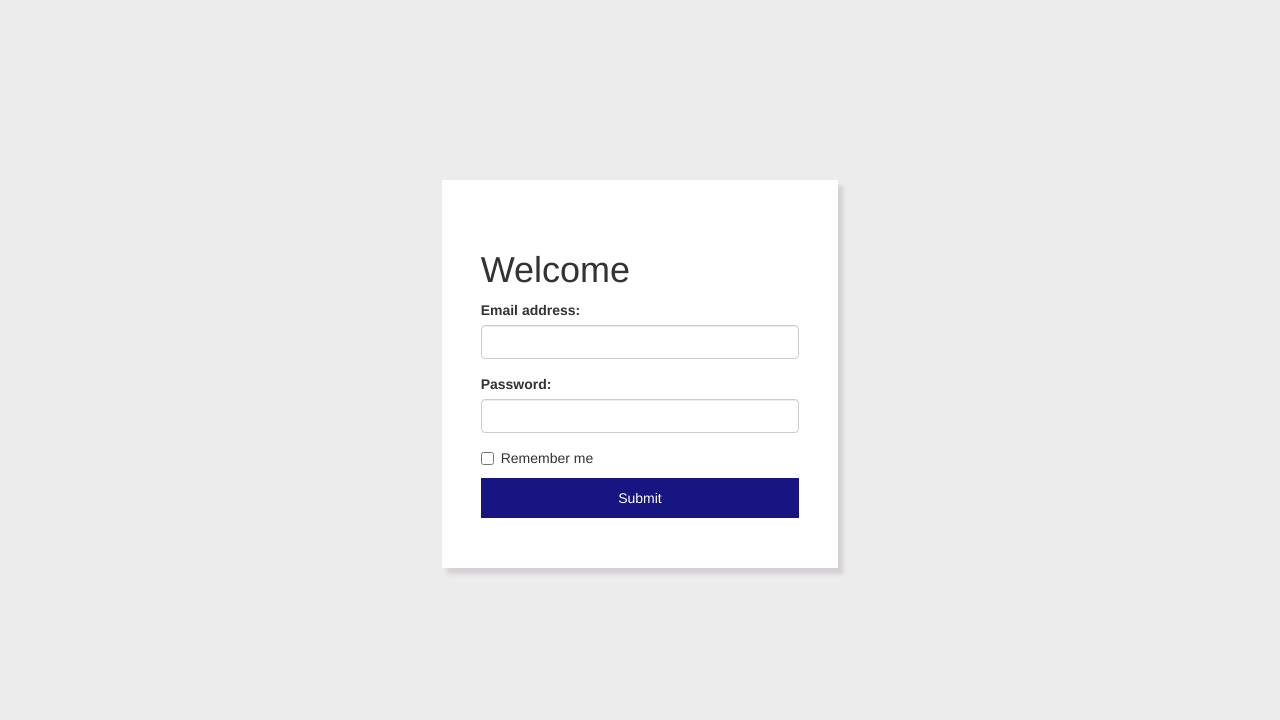
Repository: princexavier/agil
Page: http://localhost/Agile/index.jsp
An editor plug-in stored every save of this project. The page is shown before and after the next save, followed by the edit.
The browser window is 1280 px wide. The pictures show the whole page.
Some web libraries are served in a nearby version. The page is served by Tomcat 9. Other server files are loaded and not shown.

Above is the page before, as saved 2018-01-19 04:29:49.

### workspace/Agile/WebContent/index.jsp
<%@ page language="java" contentType="text/html; charset=ISO-8859-1"
    pageEncoding="ISO-8859-1"%>
<!DOCTYPE html>
<html lang="en">

<head>
    <meta charset="UTF-8">
    <title>Login</title>
    <link rel="stylesheet" href="https://maxcdn.bootstrapcdn.com/bootstrap/3.3.7/css/bootstrap.min.css">
    <!-- jQuery library -->
    <script src="https://ajax.googleapis.com/ajax/libs/jquery/3.2.1/jquery.min.js"></script>
    <!-- Latest compiled JavaScript -->
    <script src="https://maxcdn.bootstrapcdn.com/bootstrap/3.3.7/js/bootstrap.min.js"></script>
</head>

<body>
    <div class="container" style="height: 100vh;width:100vw;background: #ececec;">
        <div class="row">
            <div class="col-md-4"></div>
            <div class="col-md-4">
                <form action="project.html" style="padding: 50px 39px;box-shadow: 5px 6px 4px #d4cfd4f7;background:#fff;margin-top: 180px;">
                    <h1>Welcome</h1>
                    <div class="form-group">
                        <label for="email">Email address:</label>
                        <input type="email" class="form-control" id="email">
                    </div>
                    <div class="form-group">
                        <label for="pwd">Password:</label>
                        <input type="password" class="form-control" id="pwd">
                    </div>
                    <div class="checkbox">
                        <label>
                            <input type="checkbox"> Remember me</label>
                    </div>
                    <input type="submit" style="padding: 10px 0px;border:none; width: 100%;background: #161582;color: #fff;">
                </form>
            </div>
            <div class="col-md-4"></div>
        </div>
    </div>
</body>

</html>

After the next save:
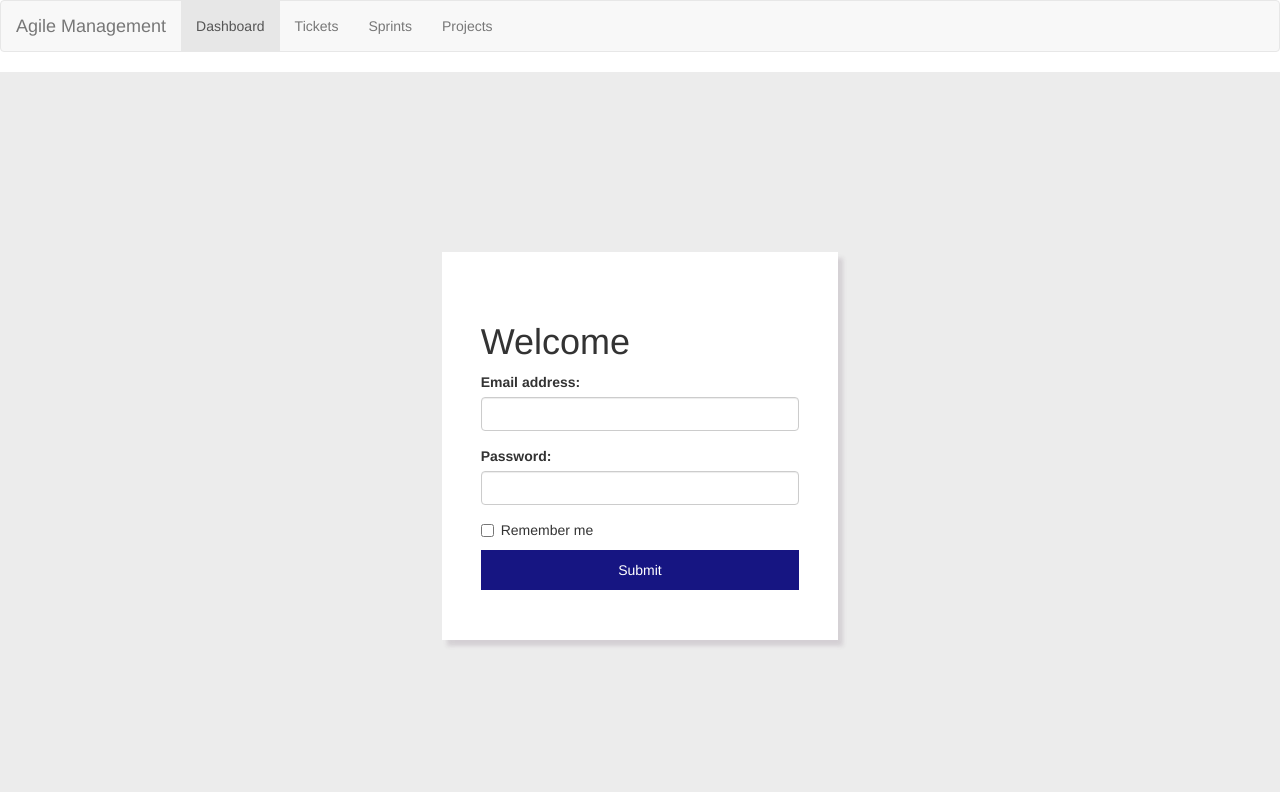
Saved 29 s later.
--- a/workspace/Agile/WebContent/index.jsp
+++ b/workspace/Agile/WebContent/index.jsp
@@ -14,6 +14,21 @@
 </head>
 
 <body>
+ <header>
+        <nav class="navbar navbar-default">
+            <div class="container-fluid">
+                <div class="navbar-header">
+                    <a class="navbar-brand" href="#">Agile Management</a>
+                </div>
+                <ul class="nav navbar-nav">
+                    <li class="active"><a href="#">Dashboard</a></li>
+                    <li><a href="ticket.html">Tickets</a></li>
+                    <li><a href="ticket.html">Sprints</a></li>
+                    <li><a href="#">Projects</a></li>
+                </ul>
+            </div>
+        </nav>
+    </header>
     <div class="container" style="height: 100vh;width:100vw;background: #ececec;">
         <div class="row">
             <div class="col-md-4"></div>
